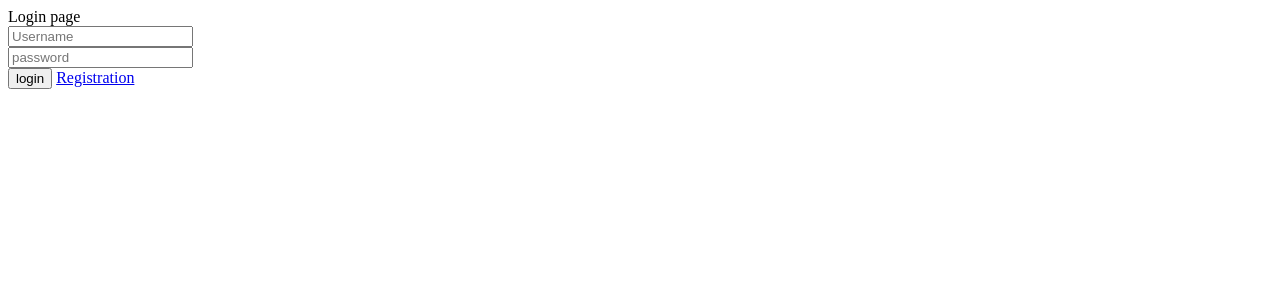
Repository: vishnushelke/LoginPage
Page: http://localhost/MyLoginPage/Login.jsp
An editor plug-in stored every save of this project. The page is shown before and after the next save, followed by the edit.
The browser window is 1280 px wide. The pictures show the whole page.
The page is served by Tomcat 9.

Above is the page before, as saved 2019-10-10 05:50:41.

After the next save:
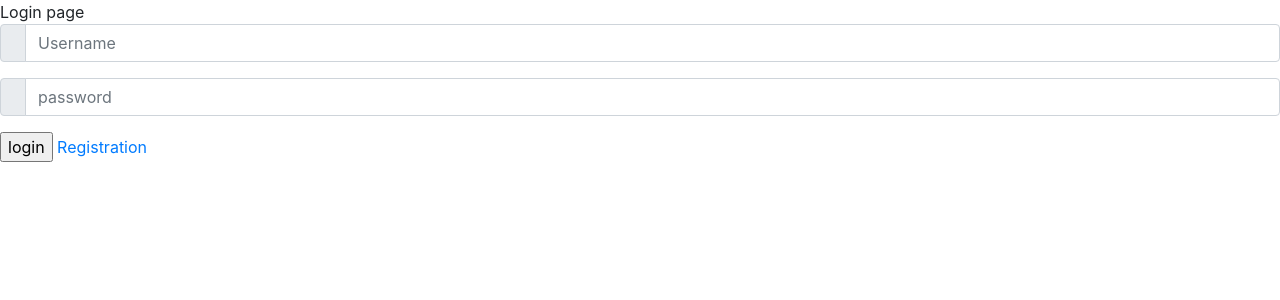
Saved 104 s later.
--- a/MyLoginPage/WebContent/Login.jsp
+++ b/MyLoginPage/WebContent/Login.jsp
@@ -5,6 +5,14 @@
 <head>
 <meta charset="UTF-8">
 <title>Insert title here</title>
+<link rel="stylesheet"
+href="https://maxcdn.bootstrapcdn.com/bootstrap/4.3.1/css/bootstrap.min.css">
+<script
+src="https://ajax.googleapis.com/ajax/libs/jquery/3.4.1/jquery.min.js"></script>
+<script
+src="https://cdnjs.cloudflare.com/ajax/libs/popper.js/1.14.7/umd/popper.min.js"></script>
+<script
+src="https://maxcdn.bootstrapcdn.com/bootstrap/4.3.1/js/bootstrap.min.js"></script>
 </head>
 <body>
 <form action="login" method="post">
